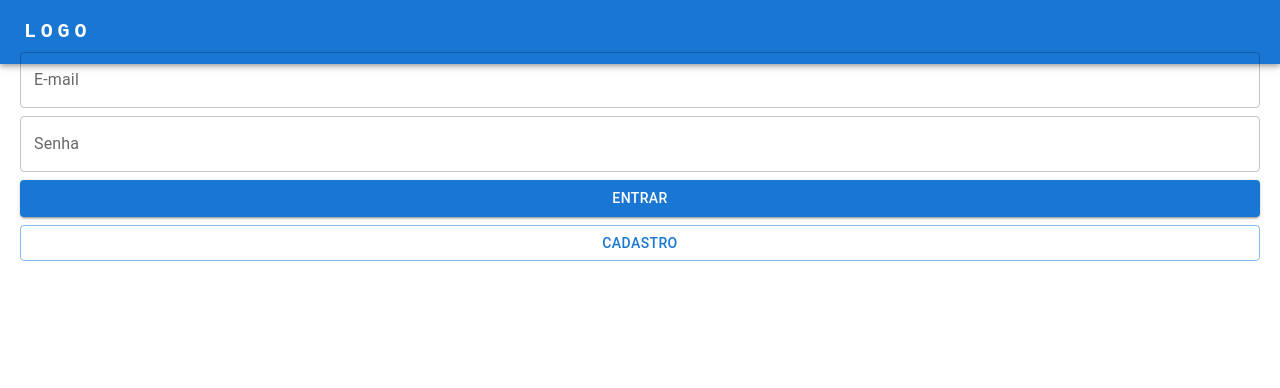
Repository: GabrielLeao02/sistema-react
Page: /
The author's editor kept a copy of each file at every save. The page is drawn from the files as they stood at one save, then again after the next save.
The browser window is 1280 px wide. The pictures show the whole page.
The project was rebuilt for these pictures with package versions that can differ from the ones it lists, and the page was loaded fresh each time. Also part of the build but not shown: src/presenter/home/home.tsx, src/presenter/form/formUser.tsx.

Above is the page before, as saved 2023-07-25 13:51:51.

After the next save:
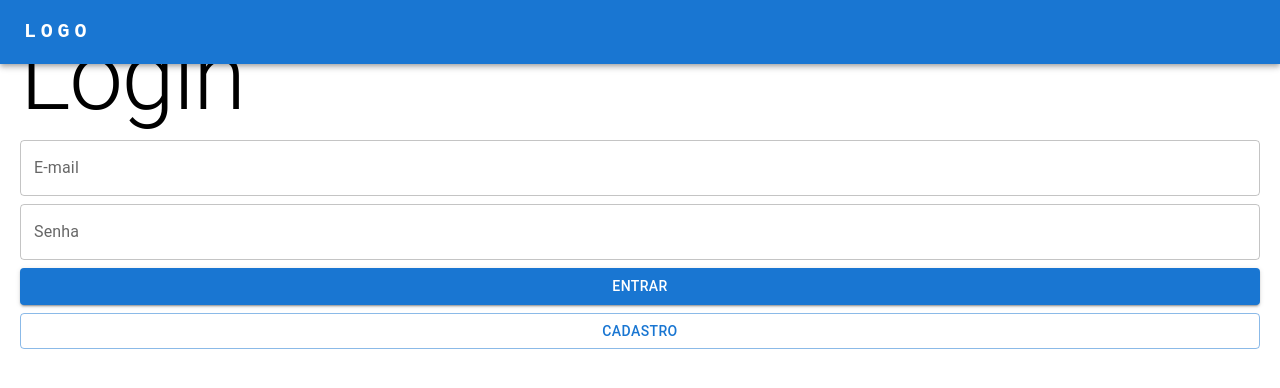
Saved 20 s later.
--- a/src/presenter/form/formLogin.tsx
+++ b/src/presenter/form/formLogin.tsx
@@ -94,7 +94,7 @@ function FormLogin({ setMostrarBotao }: FormLoginProps) {
         <>
             <FormStyled>
                 <div style={{ display: "flex", justifyContent: "start", alignItems: "center" }}>
-                    <Typography>Login</Typography>
+                    <Typography variant="h1">Login</Typography>
                     {errorLogin ? <h1>teste</h1> : <></>}
                 </div>
 
